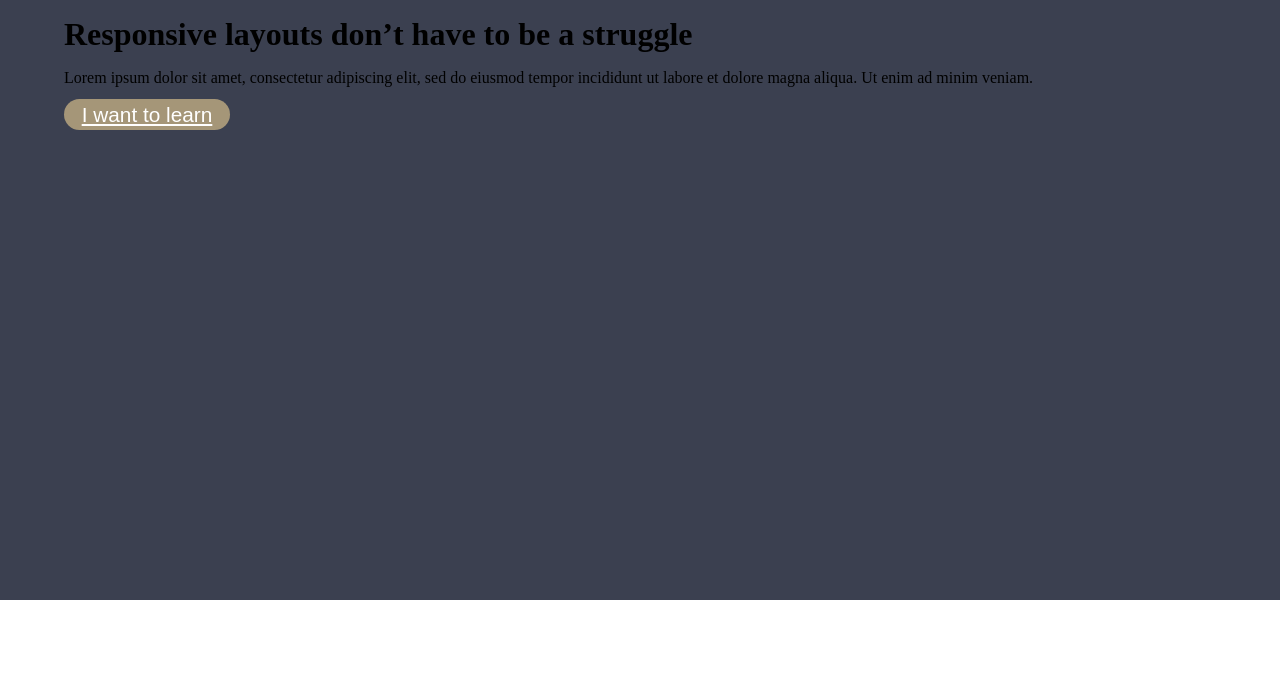
Repository: GregG21/Kevin-Powell-21-day-challange
Page: Day 9/index.html
The author's editor kept a copy of each file at every save. The page is drawn from the files as they stood at one save, then again after the next save.
The browser window is 1280 px wide. The pictures show the whole page.
The style sheet was rebuilt from its Sass, Less or Tailwind sources for each picture, by a compiler version that may differ from the author's.

Above is the page before, as saved 2020-09-11 15:02:52.

After the next save:
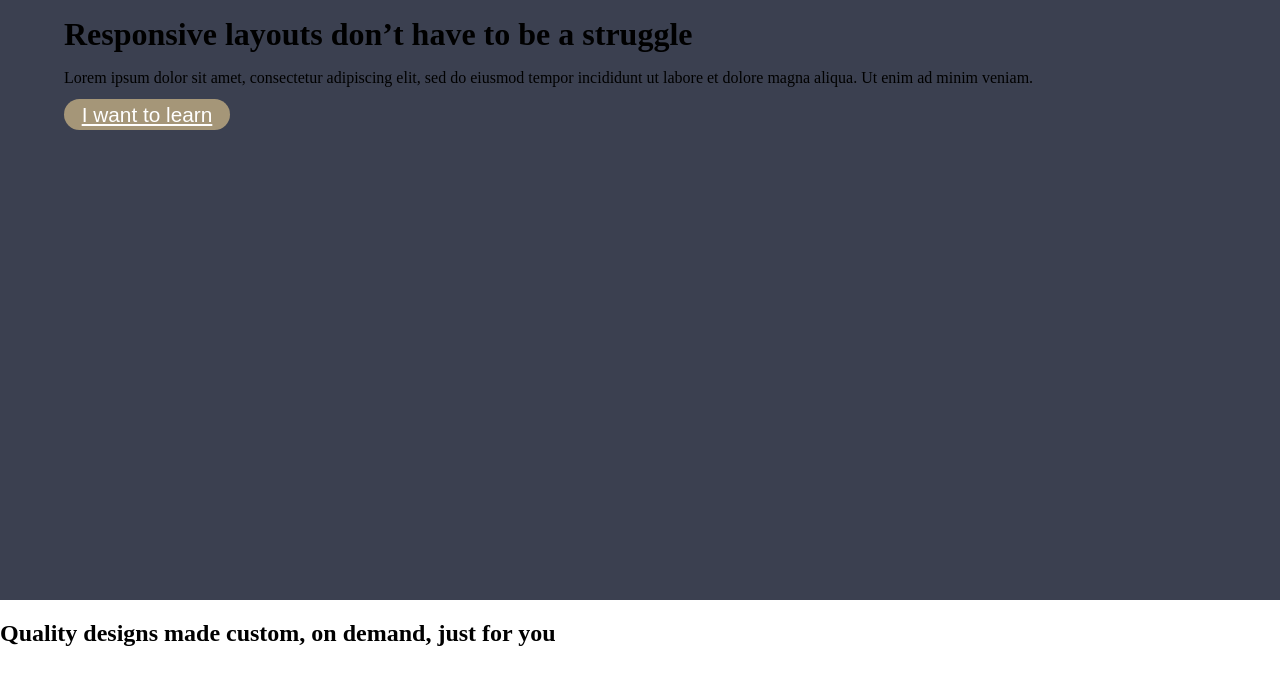
Saved 10 min 6 s later.
--- a/Day 9/index.html
+++ b/Day 9/index.html
@@ -19,8 +19,19 @@
     </header>
     <main class="main">
         <section class="primary-content">
+            <h2 class="section-title">Quality designs made custom, on demand, just for you</h2>
+                <p></p>
+                <p></p>
+
             <aside class="sidebar">
+                <h2 class="sidebar-title"></h2>
+                <p></p>
 
+                <h2 class="sidebar-title"></h2>
+                <p></p>
+
+                <h2 class="sidebar-title"></h2>
+                <p></p>
             </aside>
         </section>
     </main>
